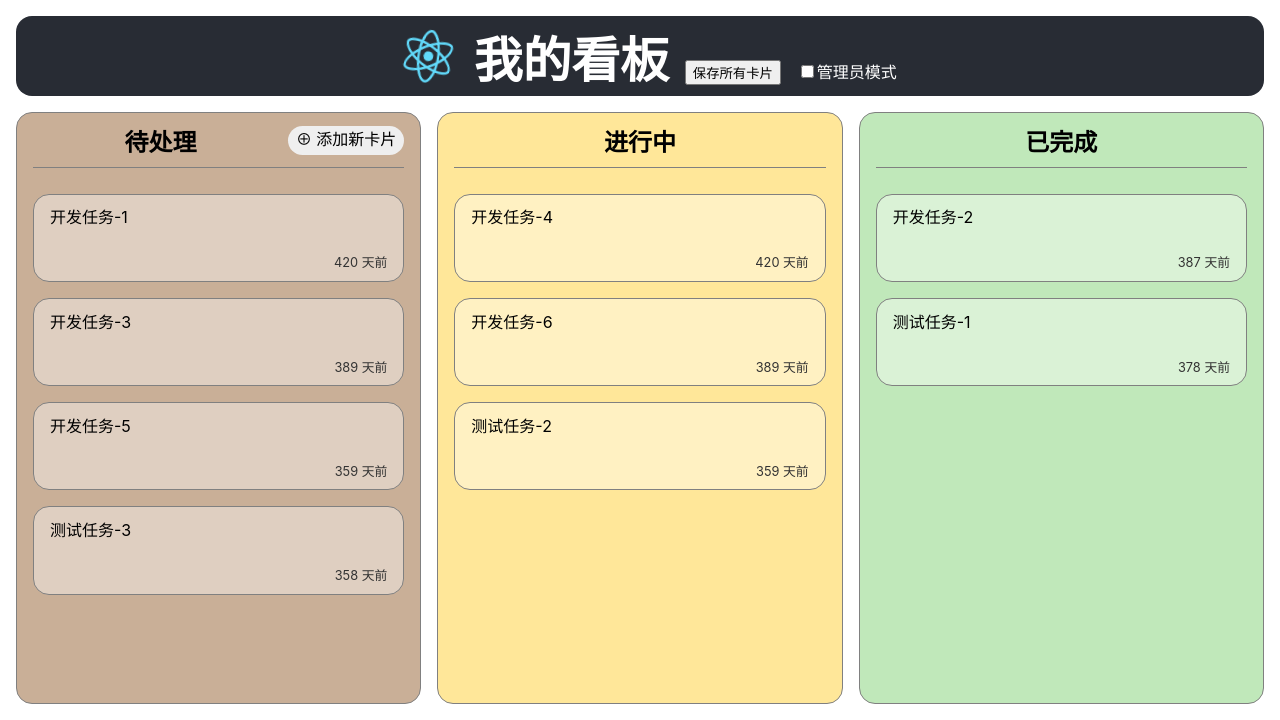
Repository: joannau/kanbanBoard_Vite
Page: /
The author's editor kept a copy of each file at every save. The page is drawn from the files as they stood at one save, then again after the next save.
The browser window is 1280 px wide. The pictures show the whole page.
The project was rebuilt for these pictures with package versions that can differ from the ones it lists, and the page was loaded fresh each time. Also part of the build but not shown: vite.config.js, src/components/KanbanNewCard.jsx.

Above is the page before, as saved 2023-07-17 19:10:53.

### index.html
<!DOCTYPE html>
<html lang="en">
<head>
    <meta charset="UTF-8">
    <meta name="viewport" content="width=device-width, initial-scale=1.0">
    <title>React App</title>
</head>
<body>
    <noscript>You need to enable JavaScript to run this app.</noscript>
    <div id="root"></div>

    <script type="module" src="./src/index.jsx"></script>
</body>
</html>

### src/components/App.jsx
import React, { useState } from 'react';
import logo from './logo.svg';
import './App.css';
import KanbanBoard, {
  COLUMN_KEY_TODO,
  COLUMN_KEY_ONGOING,
  COLUMN_KEY_DONE,
} from './KanbanBoard';
import AdminContext from '../context/AdminContext';

// const DATA_STROE_KEY = 'kanban-data-store';

function App() {
  const [todoList, setTodoList] = useState([
    { title: '开发任务-1', status: '2022-05-22 18:15' },
    { title: '开发任务-3', status: '2022-06-22 18:15' },
    { title: '开发任务-5', status: '2022-07-22 18:15' },
    { title: '测试任务-3', status: '2022-07-23 18:15' },
  ]);
  const [ongoingList, setOngoingList] = useState([
    { title: '开发任务-4', status: '2022-05-22 18:15' },
    { title: '开发任务-6', status: '2022-06-22 18:15' },
    { title: '测试任务-2', status: '2022-07-22 18:15' },
  ]);
  const [doneList, setDoneList] = useState([
    { title: '开发任务-2', status: '2022-06-24 18:15' },
    { title: '测试任务-1', status: '2022-07-03 18:15' },
  ]);
  const [isLoading] = useState(false);
  const updates = {
    [COLUMN_KEY_TODO]: setTodoList,
    [COLUMN_KEY_ONGOING]: setOngoingList,
    [COLUMN_KEY_DONE]: setDoneList,
  };
  const handleAdd = (column, card) => {
    updates[column]((curState) => [card, ...curState]);
  };
  const handleRemove = (column, card) => {
    updates[column]((curState) => curState.filter((item) => item.title !== card.title));
  };
  const [isAdmin, setIsAdmin] = useState(false);
  const handleToggleAdmin = () => {
    setIsAdmin(!isAdmin);
  };
  const handleSaveAll = () => {};

  return (
    <div className="App">
      <header className="App-header">
        <h1>
          我的看板
          <button onClick={handleSaveAll}>保存所有卡片</button>
          <label>
            <input type="checkbox" value={isAdmin} onChange={handleToggleAdmin} />
            管理员模式
          </label>
        </h1>
        <img src={logo} className="App-logo" alt="logo" />
      </header>
      <AdminContext.Provider value={isAdmin}>
        <KanbanBoard
          isLoading={isLoading}
          todoList={todoList}
          ongoingList={ongoingList}
          doneList={doneList}
          onAdd={handleAdd}
          onRemove={handleRemove}
        />
      </AdminContext.Provider>
    </div>
  );
}

export default App;

### src/components/App.css
.App {
  display: flex;
  flex-direction: column;
  gap: 1rem;
  height: 100vh;
  text-align: center;
  /* background-color: #FBF9EE; */
}

.App-logo {
  height: 80%;
  pointer-events: none;
}

@media (prefers-reduced-motion: no-preference) {
  .App-logo {
    animation: App-logo-spin infinite 20s linear;
  }
}

.App-header {
  flex: 1;
  margin: 1rem 1rem 0;
  border-radius: 1rem;
  background-color: #282c34;
  min-height: 5rem;
  display: flex;
  flex-direction: row-reverse;
  align-items: center;
  justify-content: center;
  font-size: calc(10px + 2vmin);
  color: white;
}

.App-header > h1 > * {
  margin-left: 1rem;
}

.App-header > h1 > label {
  font-size: initial;
  font-weight: initial;
}

.App-link {
  color: #61dafb;
}

@keyframes App-logo-spin {
  from {
    transform: rotate(0deg);
  }
  to {
    transform: rotate(360deg);
  }
}

### src/components/KanbanBoard.jsx
import React, { useState } from 'react';
import { css } from '@emotion/react';
import KanbanColumn from './KanbanColumn';

const kanbanBoardStyles = css`
    flex: 10;
    display: flex;
    flex-direction: row;
    gap: 1rem;
    margin: 0 1rem 1rem;
`;

const COLUMN_BG_COLORS = {
  loading: '#E3E3E3',
  todo: '#C9AF97',
  ongoing: '#FFE799',
  done: '#C0E8BA',
};

export const COLUMN_KEY_TODO = 'todo';
export const COLUMN_KEY_ONGOING = 'ongoing';
export const COLUMN_KEY_DONE = 'done';

export default function KanbanBoard({
  isLoading = true,
  todoList,
  ongoingList,
  doneList,
  onAdd,
  onRemove,
}) {
  const [draggedItem, setDraggedItem] = useState(null);
  const [draggedSource, setDraggedSource] = useState(null);
  const [draggedTarget, setDraggedTarget] = useState(null);

  const handleDrop = () => {
    if (
      !draggedItem
            || !draggedSource
            || !draggedTarget
            || draggedSource === draggedTarget
    ) {
      return;
    }

    draggedSource && onRemove(draggedSource, draggedItem);
    draggedTarget && onAdd(draggedTarget, draggedItem);
  };

  return (
    <main css={kanbanBoardStyles}>
      {isLoading ? (
        <KanbanColumn title="读取中……" bgColor={COLUMN_BG_COLORS.loading} />
      ) : (
        <>
          <KanbanColumn
            bgColor={COLUMN_BG_COLORS.todo}
            title="待处理"
            cardList={todoList}
            setDraggedItem={setDraggedItem}
            setIsDragSource={(isSrc) => setDraggedSource(isSrc ? COLUMN_KEY_TODO : null)}
            setIsDragTarget={(isTgt) => setDraggedTarget(isTgt ? COLUMN_KEY_TODO : null)}
            onDrop={handleDrop}
            canAddNew
            onAdd={onAdd.bind(null, COLUMN_KEY_TODO)}
            onRemove={onRemove.bind(null, COLUMN_KEY_TODO)}
          />
          <KanbanColumn
            bgColor={COLUMN_BG_COLORS.ongoing}
            title="进行中"
            cardList={ongoingList}
            setDraggedItem={setDraggedItem}
            setIsDragSource={(isSrc) => setDraggedSource(isSrc ? COLUMN_KEY_ONGOING : null)}
            setIsDragTarget={(isTgt) => setDraggedTarget(isTgt ? COLUMN_KEY_ONGOING : null)}
            onDrop={handleDrop}
            onRemove={onRemove.bind(null, COLUMN_KEY_ONGOING)}
          />
          <KanbanColumn
            bgColor={COLUMN_BG_COLORS.done}
            title="已完成"
            cardList={doneList}
            setDraggedItem={setDraggedItem}
            setIsDragSource={(isSrc) => setDraggedSource(isSrc ? COLUMN_KEY_DONE : null)}
            setIsDragTarget={(isTgt) => setDraggedTarget(isTgt ? COLUMN_KEY_DONE : null)}
            onDrop={handleDrop}
            onRemove={onRemove.bind(null, COLUMN_KEY_DONE)}
          />
        </>
      )}
    </main>
  );
}

### src/context/AdminContext.js
import React from 'react';

const AdminContext = React.createContext(false);

export default AdminContext;

### src/components/KanbanColumn.jsx
import React, { useState } from 'react';
import { css } from '@emotion/react';
import KanbanCard from './kanbanCard';
import KanbanNewCard from './KanbanNewCard';

export default function KanbanColumn({
  bgColor,
  title,
  cardList = [],
  setDraggedItem,
  canAddNew = false,
  onAdd,
  onDrop,
  onRemove,
  setIsDragSource = () => {},
  setIsDragTarget = () => {},
}) {
  const kanbanColumnStyles = css`
        flex: 1 1;
        display: flex;
        flex-direction: column;
        border: 1px solid gray;
        border-radius: 1rem;

        & > h2 {
            margin: 0.6rem 1rem;
            padding-bottom: 0.6rem;
            border-bottom: 1px solid gray;

            & > button {
                float: right;
                margin-top: 0.2rem;
                padding: 0.2rem 0.5rem;
                border: 0;
                border-radius: 1rem;
                height: 1.8rem;
                line-height: 1rem;
                font-size: 1rem;
            }
        }

        & > ul {
            flex: 1;
            flex-basis: 0;
            margin: 1rem;
            padding: 0;
            overflow: auto;
        }
    `;
  const [showAdd, setShowAdd] = useState(false);

  const handleAdd = () => {
    setShowAdd(true);
  };
  const handleSubmit = (newCard) => {
    onAdd && onAdd(newCard);
    setShowAdd(false);
  };

  return (
    <section
      onDragStart={() => setIsDragSource(true)}
      onDragOver={(evt) => {
        evt.preventDefault();
        evt.dataTransfer.dropEffect = 'move';
        setIsDragTarget(true);
      }}
      onDragLeave={(evt) => {
        evt.preventDefault();
        evt.dataTransfer.dropEffect = 'none';
        setIsDragTarget(false);
      }}
      onDrop={(evt) => {
        evt.preventDefault();
        onDrop && onDrop(evt);
      }}
      onDragEnd={(evt) => {
        evt.preventDefault();
        setIsDragSource(false);
        setIsDragTarget(false);
      }}
      css={css`
                ${kanbanColumnStyles}
                background-color: ${bgColor};
            `}
    >
      <h2>
        {title}
        {canAddNew && (
        <button onClick={handleAdd} disabled={showAdd}>
          &#8853; 添加新卡片
        </button>
        )}
      </h2>
      <ul>
        {showAdd && <KanbanNewCard onSubmit={handleSubmit} />}
        {cardList.map((props) => (
          <KanbanCard
            key={props.title}
            onDragStart={() => setDraggedItem(props)}
            onRemove={onRemove}
            {...props}
          />
        ))}
      </ul>
    </section>
  );
}

### src/components/kanbanCard.jsx
import React, { useContext, useEffect, useState } from "react";
import { css } from "@emotion/react";
import AdminContext from "../context/AdminContext";

export const kanbanCardStyles = css`
    margin-bottom: 1rem;
    padding: 0.6rem 1rem;
    border: 1px solid gray;
    border-radius: 1rem;
    list-style: none;
    background-color: rgba(255, 255, 255, 0.4);
    text-align: left;

    &:hover {
        box-shadow: 0 0.3rem 0.3rem rgba(0, 0, 0, 0.3), inset 0 1px #fff;
    }
`;
export const kanbanCardTitleStyles = css`
    min-height: 3rem;
`;

const MINUTE = 60 * 1000;
const HOUR = 60 * MINUTE;
const DAY = 24 * HOUR;
const UPDATE_INTERVAL = MINUTE;

export default function KanbanCard({ title, status, onDragStart, onRemove }) {
    const [displayTime, setDisplayTime] = useState(status);

    useEffect(() => {
        const updateDisplayTime = () => {
            const timePassed = new Date() - new Date(status);
            let relativeTime = "刚刚";
            if (MINUTE <= timePassed && timePassed < HOUR) {
                relativeTime = `${Math.ceil(timePassed / MINUTE)} 分钟前`;
            } else if (HOUR <= timePassed && timePassed < DAY) {
                relativeTime = `${Math.ceil(timePassed / HOUR)} 小时前`;
            } else if (DAY <= timePassed) {
                relativeTime = `${Math.ceil(timePassed / DAY)} 天前`;
            }
            setDisplayTime(relativeTime);
        };
        const intervalId = setInterval(updateDisplayTime, UPDATE_INTERVAL);
        updateDisplayTime();

        return function cleanup() {
            clearInterval(intervalId);
        };
    }, [status]);

    const handleDragStart = (evt) => {
        evt.dataTransfer.effectAllowed = "move";
        evt.dataTransfer.setData("text/plain", title);
        onDragStart && onDragStart(evt);
    };

    const isAdmin = useContext(AdminContext);

    return (
        <li css={kanbanCardStyles} draggable onDragStart={handleDragStart}>
            <div css={kanbanCardTitleStyles}>{title}</div>
            <div
                css={css`
                    text-align: right;
                    font-size: 0.8rem;
                    color: #333;
                `}
                title={status}
            >
                {displayTime}
                {isAdmin && onRemove && (<button onClick={() => onRemove({title})}>X</button>)}
            </div>
        </li>
    );
}

Loaded but not shown: src/index.jsx (common file); src/index.css (common file)

After the next save:
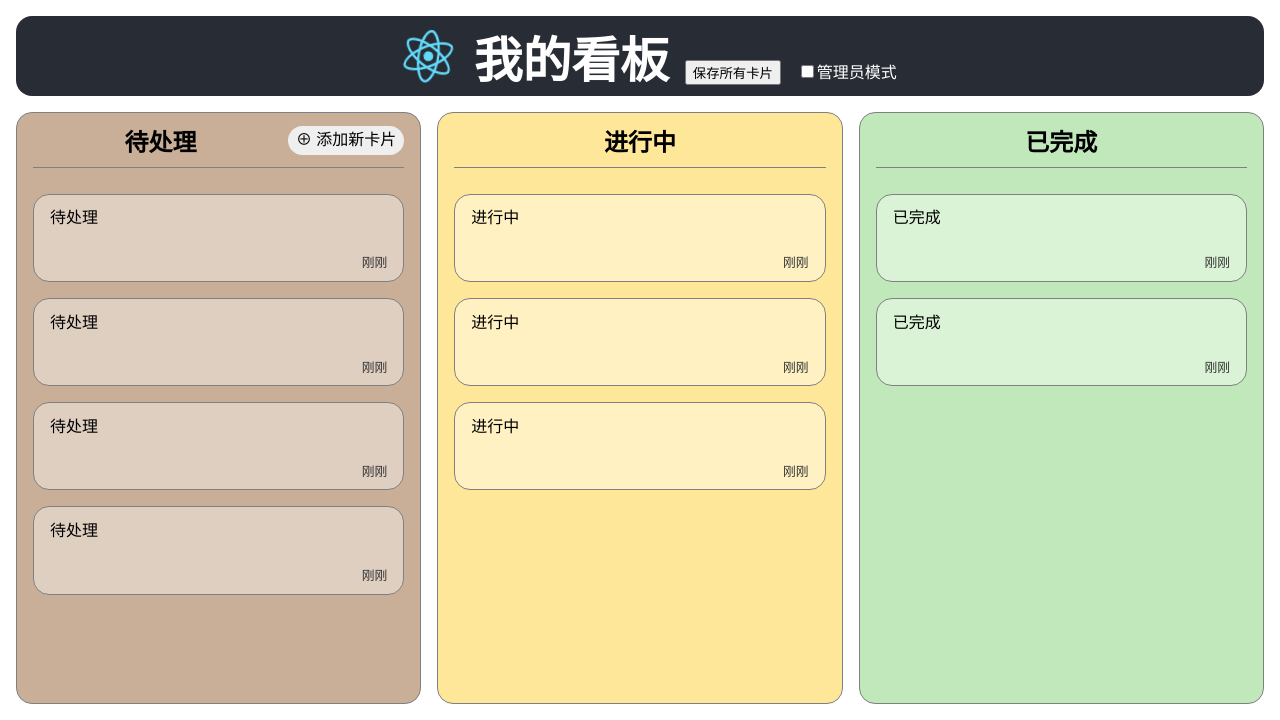
Saved 4 min 55 s later.
--- a/src/components/KanbanColumn.jsx
+++ b/src/components/KanbanColumn.jsx
@@ -97,9 +97,9 @@ export default function KanbanColumn({
         {cardList.map((props) => (
           <KanbanCard
             key={props.title}
+            title={title}
             onDragStart={() => setDraggedItem(props)}
             onRemove={onRemove}
-            {...props}
           />
         ))}
       </ul>
